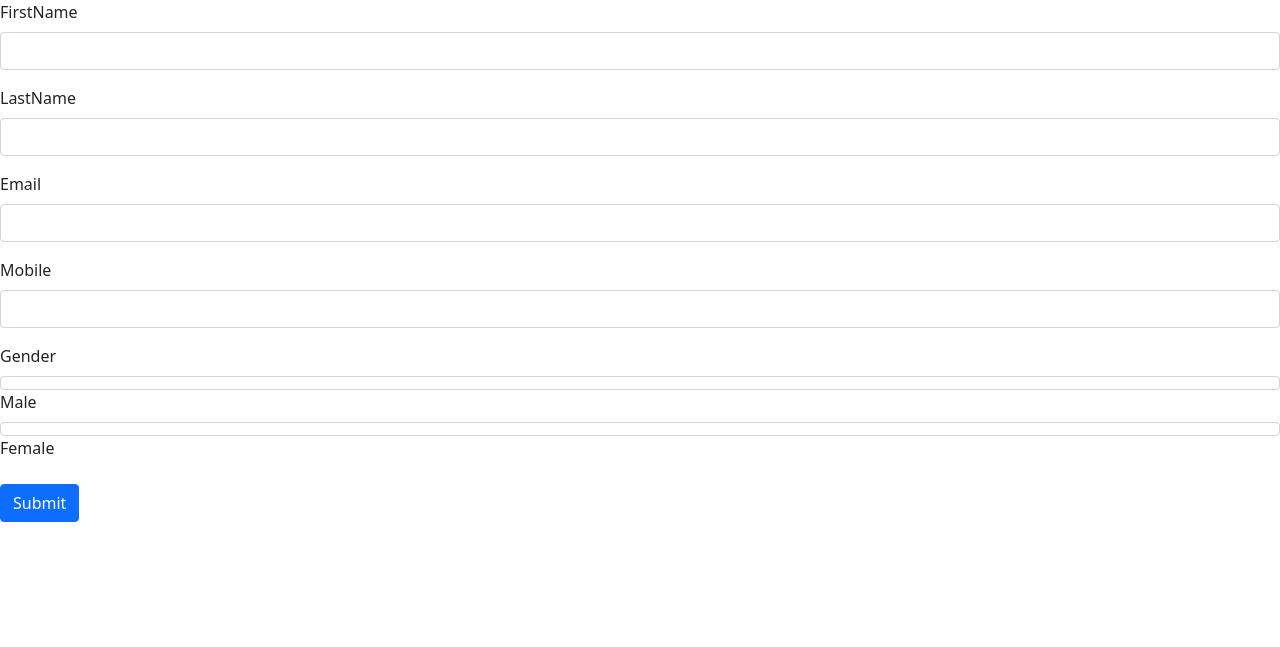
Repository: 2001Yogi/JavaWebAssignment
Page: http://localhost/StudentInformation/
An editor plug-in stored every save of this project. The page is shown before and after the next save, followed by the edit.
The browser window is 1280 px wide. The pictures show the whole page.
The page is served by Tomcat 9.

Above is the page before, as saved 2024-09-17 12:52:11.

After the next save:
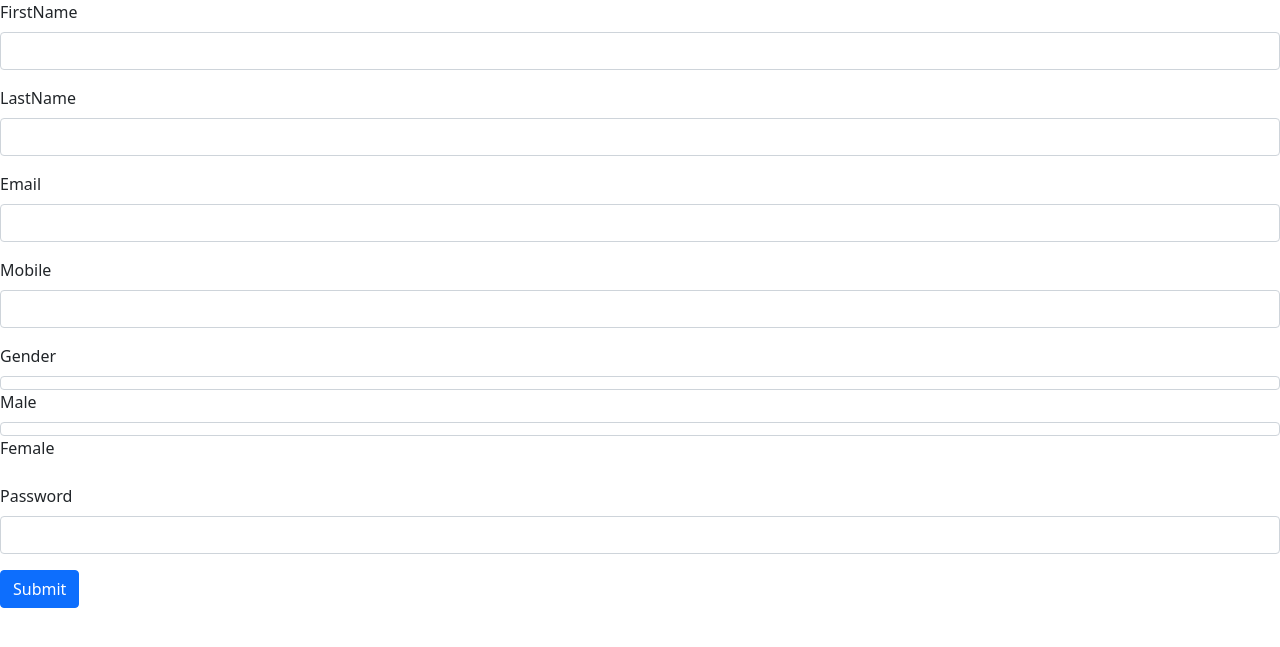
Saved 22 s later.
--- a/StudentInformation/src/main/webapp/index.jsp
+++ b/StudentInformation/src/main/webapp/index.jsp
@@ -46,6 +46,10 @@
 				<input type="Radio" class="form-control" id="gender"><label class="form-label">Male</label>
 				<input type="Radio" class="form-control" id="gender"><label class="me-2 form-label">Female</label>
 		</div>
+		<div class="mb-3">
+			<label class="form-label">Password</label>
+				<input type="password" class="form-control" id="pass">
+		</div>
 
 		<button type="submit" class="btn btn-primary">Submit</button>
 	</form>
